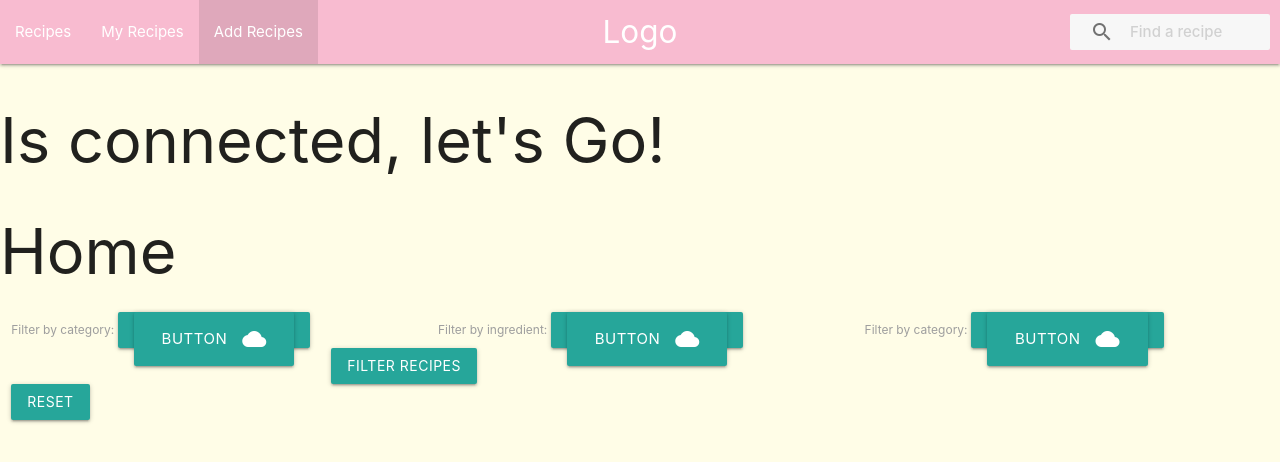
Repository: pazcm/cook-book
Page: templates/home.html
The author's editor kept a record of every edit. The page is drawn from the files as they stood at one moment, then again after the next edit.
The browser window is 1280 px wide. The pictures show the whole page.
Some web libraries are served in a nearby version. The page is served by the project's application, run on Flask 3 (app.py). The template is opened directly, without the code that normally fills it, so the values that code supplies are empty.

Above is the page before.

### templates/home.html
{% extends 'base.html' %}
{% block content %}
<h1>Home</h1>
    <div class="row">
        <form action="/" class="form-container" method="POST">
    <div class="form-row">
        <div class="col s12 offset-m4 l4 form-filter">
            <label for="category" class="category-filter">Filter by category: </label>
              <button class="btn btn-category" type="button">
                <a class="waves-effect waves-light btn-large"><i class="material-icons right">cloud</i>button</a>
              </button>
        </div>
        <div class="col s12 offset-m4 l4 form-filter">
            <label for="cuisine" class="category-filter">Filter by ingredient: </label>
              <button class="btn btn-ingredient" type="button">
                <a class="waves-effect waves-light btn-large"><i class="material-icons right">cloud</i>button</a>
              </button>
        </div>
        <div class="col s12 offset-m4 l4 form-filter">
            <label for="category" class="category-filter">Filter by category: </label>
              <button class="btn btn-cuisine" type="button">
                <a class="waves-effect waves-light btn-large"><i class="material-icons right">cloud</i>button</a>
              </button>
        </div>
    </div>
        <!-- submit / reset -->
        <div class="form-row">
            <div class="col s6 m6 offset-l3 l3">
                <button class="btn btn-filter" type="Submit">Filter Recipes</button>
            </div>
            <div class="col s12 m-6 l-3">
                <button href="{{url_for('home', recipes=recipes, category=category, ingredients=ingredients, cuisine=cuisine)}}" class="btn">Reset</button>
            </div>
        </div>
    </form>
    </div>
{% endblock %}

### templates/base.html
<!DOCTYPE html>
<html lang="en">
<html>
    <head>
        <meta charset="UTF-8">
        <meta name="viewport" content="width=device-width, initial-scale=1.0">
        <meta http-equiv="X-UA-Compatible" content="ie=edge">
        <!-- fonts icons -->
        <link href="https://fonts.googleapis.com/icon?family=Material+Icons" rel="stylesheet">
        <link href="https://stackpath.bootstrapcdn.com/font-awesome/4.7.0/css/font-awesome.min.css">
        <!-- Materialize -->
        <link rel="stylesheet" href="https://cdnjs.cloudflare.com/ajax/libs/materialize/1.0.0/css/materialize.min.css">
        <!-- custom CSS -->
        <link rel="stylesheet" href="{{ url_for('static', filename='css/style.css') }}" type="text/css" />

        <title>Cook Book app</title>
    </head>
    <body>
        <!-- Header - Navigation bar -->
        <nav>
            <div class="nav-wrapper">
            <!--sidenav-->
                <ul id="slide-out" class="sidenav">
                    <li>
                        <div class="user-view">
                            <div class="background">
                                <img src="static/images/yellow-unsplash.jpg">
                            </div>
                            <a href="#user"><img class="circle" src="static/images/toa-unsplash.jpg"></a>
                            <a href="#name"><span class="white-text name">Mary Jane</span></a>
                            <a href="#email"><span class="white-text email">maryjane@example.com</span></a>
                        </div>
                    </li>
                    <li><a href="#!"><i class="material-icons">local_dining</i>Link Logo Cook Book</a></li>
                    <li>
                        <div class="divider"></div>
                    </li>
                    <li><a class="subheader">Browse</a></li>
                    <li><a class="waves-effect" href="#!">Recipes</a></li>
                    <li><a class="waves-effect" href="#!">My Recipes</a></li>
                    <li><a class="waves-effect" href="#!">Add Recipes</a></li>
                </ul>
                <a href="#" data-target="slide-out" class="sidenav-trigger"><i class="material-icons">menu</i></a>
                <!--end sidenav-->

                <!--navbar menu-->
                <a href="#" class="brand-logo center">Logo</a>
                <ul id="nav-mobile" class="left hide-on-med-and-down">
                    <li><a href="templates/recipes.html">Recipes</a></li>
                    <li><a href="templates/my-recipes.html">My Recipes</a></li>
                    <li class="active"><a href="templates/add-recipes.html">Add Recipes</a></li>
                </ul>
                <div class="search-box">
                        <form action="" class="browser-default right">
                            <input id="search-input" placeholder="Find a recipe" type="text" class="browser-default search-field" name="q" value="" autocomplete="off" aria-label="Search box">
                            <label for="search-input"><i class="material-icons search-icon active">search</i></label>
                      </form>
                </div>
            </div>
            <!--end navebar menu-->
        </nav>
        <h1>Is connected, let's Go!</h1>
        {% block content %}
        {% endblock %}


        <!-- jQuery-->
        <script src="https://cdnjs.cloudflare.com/ajax/libs/jquery/3.2.1/jquery.min.js"></script>
        <!-- Compiled and minified JavaScript -->
        <script src="https://cdnjs.cloudflare.com/ajax/libs/materialize/1.0.0/js/materialize.min.js"></script>

        <!-- Collapsible Sidenav  -->
        <script type="text/javascript">
             $(document).ready(function () {
                    $('.sidenav').sidenav();
                });
        </script>

        <!--search box-->
        <script type="text/javascript">
            /* hide when expanded*/
document.querySelector(".search-field").addEventListener("focus", function() {
  let hidden = document.querySelectorAll(".search-hide");

  for (let i = 0; i < hidden.length; ++i) {
    hidden[i].style.display = "none";
  }
});

/* show when expanded*/
document.querySelector(".search-field")
  .addEventListener("focusout", function() {
    let hidden = document.querySelectorAll(".search-icon");
    for (let i = 0; i < hidden.length; ++i) {
      hidden[i].style.display = "block";
    }
  });


        </script>
    </body>
</html>

### app.py
import os
from flask import Flask, render_template, redirect, request, url_for
from flask_pymongo import PyMongo
from bson.objectid import ObjectId

app = Flask(__name__)
app.config["MONGO_DBNAME"] = 'cook-book-db'
app.config["MONGO_URI"] = 'mongodb+srv://root:r00tUser@cluster2-6phdr.mongodb.net/cook-book-db?retryWrites=true&w=majority'

mongo = PyMongo(app)


@app.route('/')
@app.route('/get_recipe')
def get_recipe():
    return render_template("recipes.html", recipes=mongo.db.recipes.find())


if __name__ == '__main__':
    app.run(host=os.environ.get('IP'),
            port=int(os.environ.get('PORT')),
            debug=True)

### static/css/style.css
body {
  background-color: #fffde7;
}

nav .nav-wrapper {
  background-color: #f8bbd0;
  margin-right: 0;
}

/* search box */

nav .search-box {
  position: relative;
  height: 100%;
  margin-right: 10px;
}

input.search-field {
  width: 1px;
  margin-right: 0;
  padding: 10px 25px;
  font-weight: 500;
  color: rgba(0, 0, 0, 0.54);
  border-radius: 2px;
  border: 0;
  height: 36px;
  background: #f7f7f7;
  transition: background 0.2s, width .2s;
}

input.search-field:hover {
  background: #ebebeb;
}

input.search-field:focus {
  width: 100vw;
  padding: 8px 8px 8px 50px;
}

.search-icon {
  position: absolute;
  top: 0;
  padding-left: 15px;
  color: rgba(0, 0, 0, 0.54);
}



/* Media queries */
@media (min-width: 600px) {

  /* search box */

  input.search-field {
    padding: 8px 8px 8px 60px;
    width: 200px;
  }

  input.search-field:focus {
    width: 100%;

  }

  .search-icon {
    padding-left: 20px;
  }

}

After the next edit:
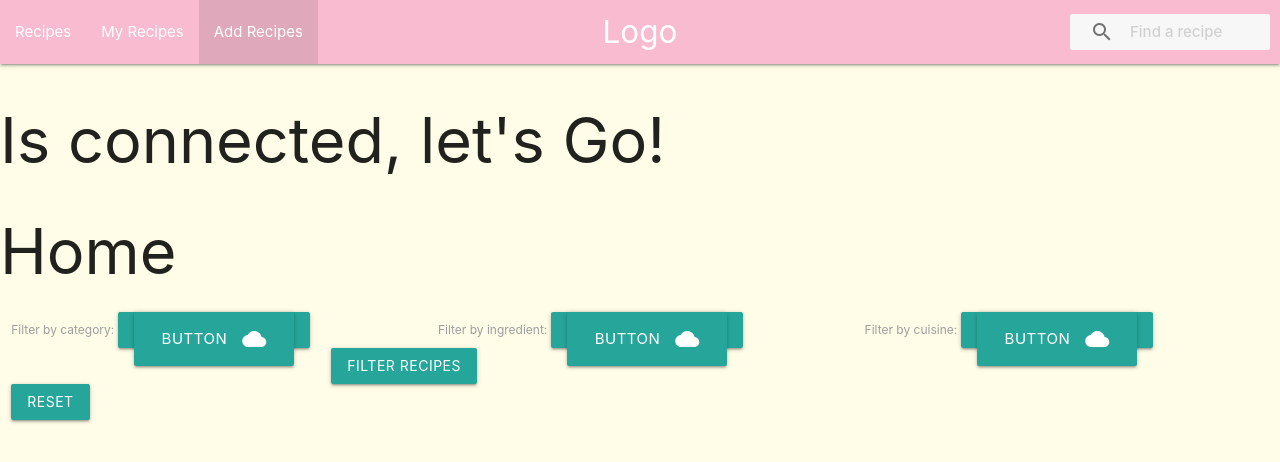
The edit:
--- a/templates/home.html
+++ b/templates/home.html
@@ -17,7 +17,7 @@
               </button>
         </div>
         <div class="col s12 offset-m4 l4 form-filter">
-            <label for="category" class="category-filter">Filter by category: </label>
+            <label for="category" class="category-filter">Filter by cuisine: </label>
               <button class="btn btn-cuisine" type="button">
                 <a class="waves-effect waves-light btn-large"><i class="material-icons right">cloud</i>button</a>
               </button>
